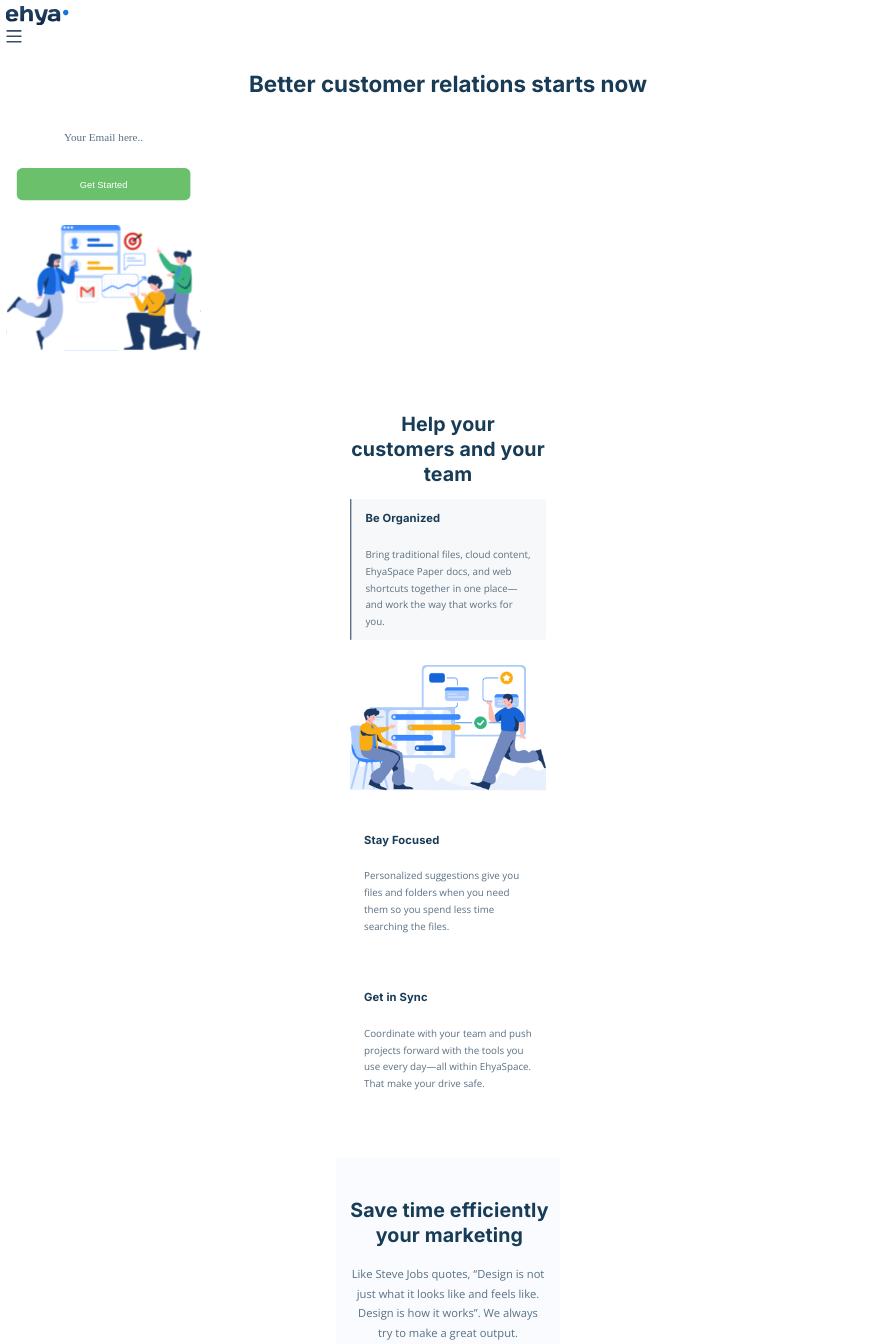
Repository: umlaufissss/provaFront
Page: HTML/index.html
These files come from the project's save history. The page is drawn as it stood at one moment and after the next save; the edit follows.
The browser window is 1280 px wide. The pictures show the part of the page from y = 0 to 1920 px (the page is 3531 px tall), at 70% of full size.
Some web fonts or font styles are not loaded; a fallback is used.

Above is the page before, as saved 2026-06-22 19:24:17.

After the next save:
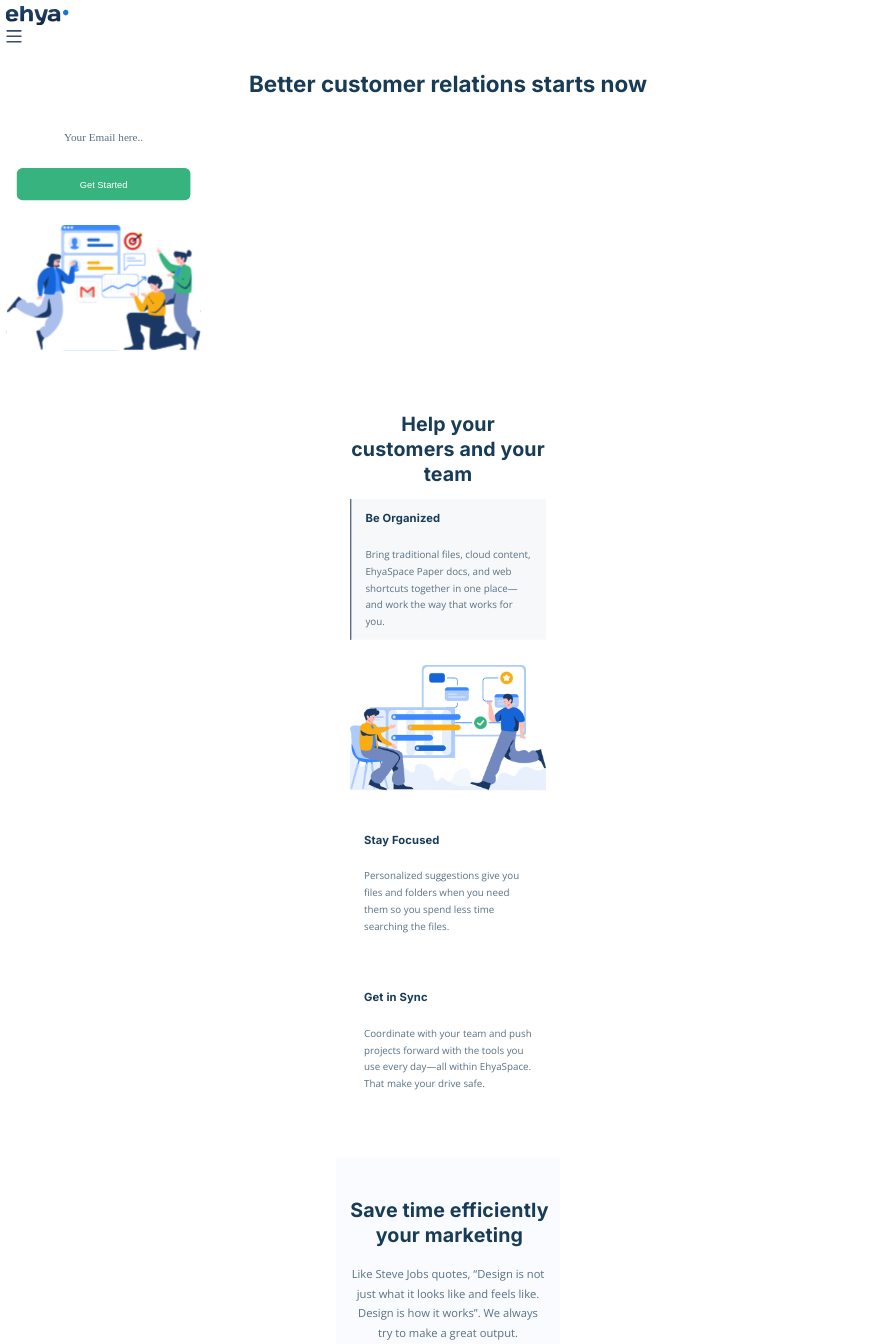
Saved 44 s later.
--- a/CSS/style.css
+++ b/CSS/style.css
@@ -67,7 +67,7 @@
 
 
 .card button{
-    background-color: rgb(107, 192, 107);
+    background-color: #36B37E;
     color: white;
 
     height: 46px;
